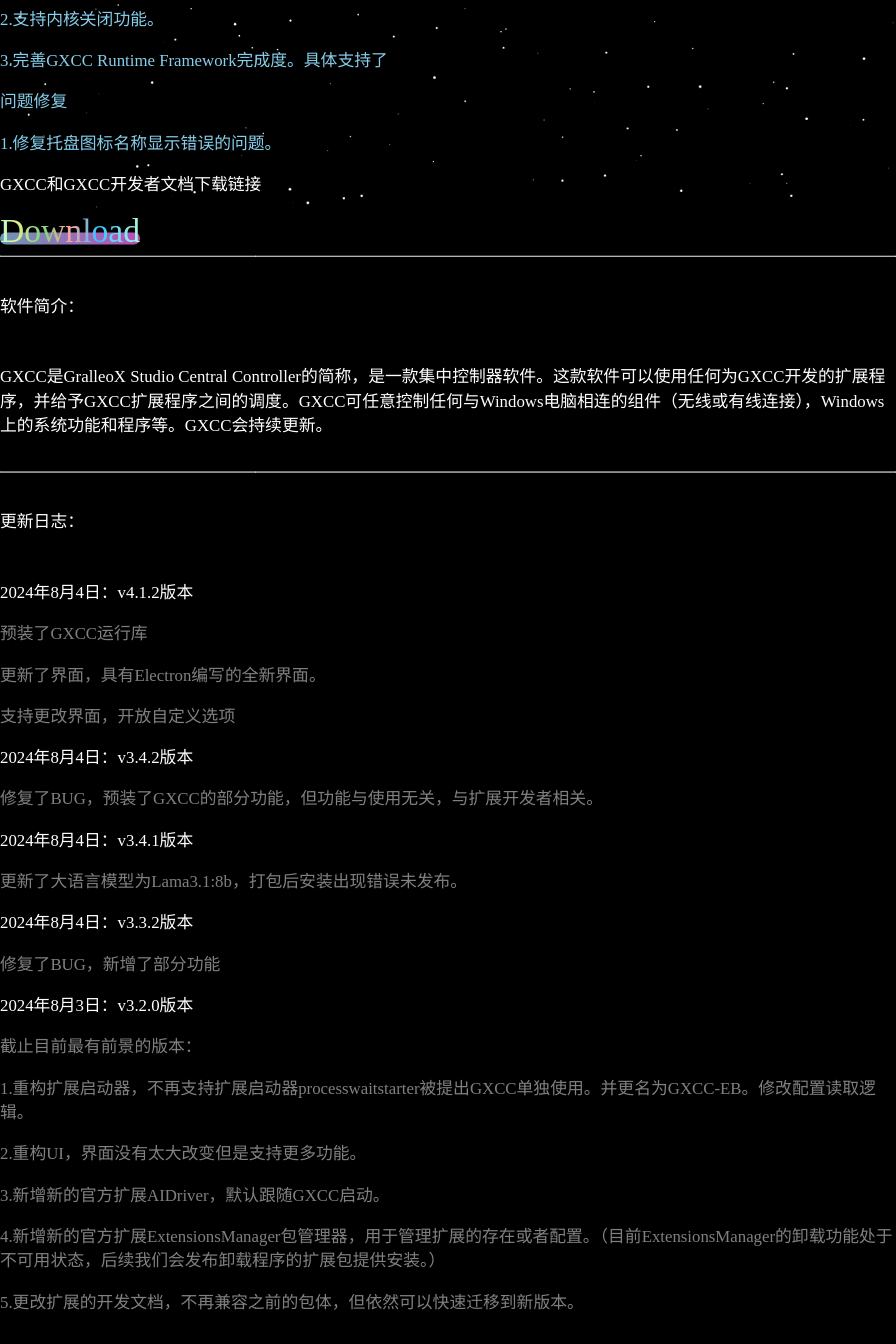
Repository: Lisu-Liso/GXCC
Page: index.html
The author's editor kept a copy of each file at every save. The page is drawn from the files as they stood at one save, then again after a run of saves.
The browser window is 1280 px wide. The pictures show the part of the page from y = 423 to 2343 px (the page is 4361 px tall before and 4420 px after), at 70% of full size.

Above is the page before, as saved 2024-10-05 21:22:11.

### index.html
<!DOCTYPE html>
<html lang="zh">
    <head>
        <meta http-equiv="Content-Type" content="text/html;charset=utf-8">
        <title>GXCC - GralleoX Studio</title>
        <link rel="stylesheet" type="text/css" href="./header.css">
        <link rel="shortcut icon" href="./GralleoX logo v2 web.ico">
        <style>
            body{
                overflow        : scroll;
                background-color: black;
                top             : 0;
                bottom          : 0;
                left            : 0;
                right           : 0;
                margin-top      : 100px;
                margin-bottom   : 0;
                margin-left     : 0;
                margin-right    : 0;
                user-select     : none;
            }
            ::-webkit-scrollbar{display: none;}
            .getin_screen{
                position        : fixed;
                top             : 0;
                bottom          : 0;
                left            : 0;
                right           : 0;
                background-color: rgba(0,0,0,0);
                color           : rgba(0,0,0,0);
                animation       : getinanimation 4s ease-in-out;
                text-align      : center;
                display         : table-cell;
            }
            @keyframes getinanimation{
                0% {
                    background-color       : rgba(255,255,255,1);
                    color                  : black;
                    backdrop-filter        : blur(15px);
                    -webkit-backdrop-filter: blur(15px);
                }
                40% {
                    background-color       : rgba(255,255,255,0.5);
                    color                  : black;
                    backdrop-filter        : blur(15px);
                    -webkit-backdrop-filter: blur(15px);
                }
                70% {
                    background-color       : rgba(255,255,255,0.5);
                    color                  : black;
                    backdrop-filter        : blur(15px);
                    -webkit-backdrop-filter: blur(15px);
                }
                100% {
                    background-color       : rgba(0,0,0,0);
                    color                  : rgba(0,0,0,0);
                    backdrop-filter        : blur(0px);
                    -webkit-backdrop-filter: blur(0px);
                }
            }
            .download_block{
                position               : fixed;
                top                    : 100px;
                left                   : 100px;
                right                  : 100px;
                bottom                 : 100px;
                margin-top             : 10px;
                margin-left            : 10px;
                margin-right           : 10px;
                margin-bottom          : 10px;
                background-color       : rgba(255,255,255,0.5);
                backdrop-filter        : blur(15px);
                -webkit-backdrop-filter: blur(15px);
                border-radius          : 100px;
                box-shadow             : 0 20px 50px rgba(0,0,0,0.2);
            }
            @keyframes blockout{
                0% {
                    background-color       : rgba(255,255,255,0);
                    backdrop-filter        : blur(0px);
                    -webkit-backdrop-filter: blur(0px);
                    box-shadow             : 0 20px 50px rgba(0,0,0,0);
                    opacity                : 0;
                }
                100% {
                    background-color       : rgba(255,255,255,0.5);
                    backdrop-filter        : blur(15px);
                    -webkit-backdrop-filter: blur(15px);
                    box-shadow             : 0 20px 50px rgba(0,0,0,0.2);
                    opacity                : 1;
                }
            }
            @keyframes blockquite{
                0% {
                    background-color       : rgba(255,255,255,0.5);
                    backdrop-filter        : blur(15px);
                    -webkit-backdrop-filter: blur(15px);
                    box-shadow             : 0 20px 50px rgba(0,0,0,0.2);
                    opacity                : 1;
                }
                100% {
                    background-color       : rgba(255,255,255,0);
                    backdrop-filter        : blur(0px);
                    -webkit-backdrop-filter: blur(0px);
                    box-shadow             : 0 20px 50px rgba(0,0,0,0);
                    opacity                : 0;
                }
            }
            .header-float{
                position: fixed;
                top     : 0;
                left    : 0;
                right   : 0;
                width   : 100%;
            }
            .black_board{
                position               : fixed;
                top                    : 80px;
                left                   : 0;
                right                  : 0;
                bottom                 : 0;
                margin-top             : 0;
                margin-left            : 0;
                margin-right           : 0;
                margin-bottom          : 0;
                backdrop-filter        : blur(15px);
                -webkit-backdrop-filter: blur(15px);
                background-color       : rgba(0,0,0,0.3);
            }
            @keyframes boardout{
                0% {
                    backdrop-filter        : blur(0px);
                    -webkit-backdrop-filter: blur(0px);
                    background-color       : rgba(0,0,0,0);
                }
                100% {
                    backdrop-filter        : blur(15px);
                    -webkit-backdrop-filter: blur(15px);
                    background-color       : rgba(0,0,0,0.3);
                }
            }
            @keyframes boardquite{
                0% {
                    backdrop-filter        : blur(15px);
                    -webkit-backdrop-filter: blur(15px);
                    background-color       : rgba(0,0,0,0.3);
                }
                100% {
                    backdrop-filter        : blur(0px);
                    -webkit-backdrop-filter: blur(0px);
                    background-color       : rgba(0,0,0,0);
                }
            }
            .newbutton{
                background   : linear-gradient(75deg,rgba(145, 202, 240, 0.75),rgba(248, 102, 248, 0.75));
                border-radius: 20px;
                text-align   : center;
                cursor       : pointer;
            }
            :root {
                --rainbow-gradient: linear-gradient(-90deg,#adfbda 0,#35c3ff 30%,#fda399 50%,#76d880 70%,#ebf38b 90%,#adfbda 100%);
            }
            .article-header--title {
                background-image       : var(--rainbow-gradient,#fff);
                background-size        : 100%;
                background-repeat      : repeat;
                background-clip        : text;
                -webkit-background-clip: text;
                -webkit-text-fill-color: transparent;
                -moz-background-clip   : text;
                -moz-text-fill-color   : transparent;
                filter                 : drop-shadow(0 0 2rpx #000);
                text-shadow            : none!important;
                cursor                 : pointer;
            }
            a{
                text-decoration: none;
            }
            font{
                cursor : default;
            }
            .backgroundimage{
                position: fixed;
                top     : 0;
                left    : 0;
                right   : 0;
                width   : 100%;
                height  : 100%;
                z-index: -1;
            }
            .normaltext{
                font-size: 18pt;
                color: white;
            }
            .smallnormaltext{
                font-size: 12pt;
                color: white;
            }
        </style>
    </head>
    <body>
        <canvas id="bgCanvas" class="backgroundimage"></canvas>
        <script>
            // 获取画布
            var canvas = document.getElementById('bgCanvas');
            var ctx = canvas.getContext('2d');

            // 设置画布尺寸与窗口大小一致
            canvas.width = window.innerWidth;
            canvas.height = window.innerHeight;

            // 创建一个数组用于存储星星的信息
            var stars = [];

            // 创建星星对象
            function Star(x, y, radius, color, speed) {
                this.x = x;
                this.y = y;
                this.radius = radius;
                this.color = color;
                this.speed = speed;
            }

            // 初始化星星
            function init() {
                for (var i = 0; i < 200; i++) {
                    var x = Math.random() * canvas.width;
                    var y = Math.random() * canvas.height;
                    var radius = Math.random() * 2;
                    var color = 'white';
                    var speed = Math.random() * 0.5;

                    stars.push(new Star(x, y, radius, color, speed));
                }
            }

            // 绘制星星
            function drawStars() {
                ctx.clearRect(0, 0, canvas.width, canvas.height);

                for (var i = 0; i < stars.length; i++) {
                    var star = stars[i];

                    ctx.beginPath();
                    ctx.arc(star.x, star.y, star.radius, 0, Math.PI * 2);
                    ctx.fillStyle = star.color;
                    ctx.fill();
                }
            }

            // 更新星星位置
            function updateStars() {
                for (var i = 0; i < stars.length; i++) {
                    var star = stars[i];

                    star.x += star.speed;

                    if (star.x > canvas.width) {
                        star.x = 0;
                    }
                }
            }

            // 动画循环
            function animate() {
                requestAnimationFrame(animate);

                drawStars();
                updateStars();
            }

            // 初始化并启动动画
            init();
            animate();
        </script>
        <div style="text-align:center;top:0;left:0;right:0;"><font size="7"color="white">这里是GXCC中文官网！</font></div>
        <p class="normaltext" style="color: orange;">通知：开发者目前需要上学，开发进度受阻，更新频率和修复BUG频率均会降低</p>
        <p class="normaltext" style="color: skyblue;">GXCCv4.4.2版本前瞻：</p>
        <p class="normaltext" style="color: skyblue;">新功能</p>
        <p class="normaltext" style="color: skyblue;">1.内置GXPass密码保存模块，备份模块，更新模块。</p>
        <p class="normaltext" style="color: skyblue;">2.支持内核关闭功能。</p>
        <p class="normaltext" style="color: skyblue;">3.完善GXCC Runtime Framework完成度。具体支持了</p>
        <p class="normaltext" style="color: skyblue;">问题修复</p>
        <p class="normaltext" style="color: skyblue;">1.修复托盘图标名称显示错误的问题。</p>
        <p class="normaltext">GXCC和GXCC开发者文档下载链接</p>
        <a class="newbutton" onclick="join_us()"><font class="article-header--title" size="7">Download</font></a>
        <div class="black_board" id="bb"></div>
        <div class="download_block" id="download_block">
            <div style="text-align: center">
                <a class="newbutton" onclick="close_download_block()"><font class="article-header--title" size="7">点击关闭此框</font></a>
            </div>
            <div style="margin-left: 1cm;">
                <font size="7" color="black">这里是下载链接</font>
                <br>
                <font class="normaltext" style="color:red;">如果杀毒软件报告有病毒请忽略，此软件已经经过Microsoft Defender检测，360纯属误报。</font>
                <br>
                <font class="smallnormaltext" style="color: #76d880;">软件声明：您对AI说过的一切内容由你本地的计算机进行计算和处理，无需上传网络，请放心共享您的信息。出于运行需要，你对AI分享的信息会被作为日志保存在AIDriver扩展的文件夹中的日志文件中，如果你需要清除这些信息，请不要删除这些文件。请打开文件并写入‘1’作为占位，否则会影响AIDriver的正常运行。</font>
                <br>
                <a class="normaltext newbutton" href="https://github.com/Lisu-Liso/GXCC/releases">Link</a>
            </div>
        </div>
        <hr/>
        <br>
        <p class="normaltext">软件简介：</p>
        <br>
        <p class="normaltext">GXCC是GralleoX Studio Central Controller的简称，是一款集中控制器软件。这款软件可以使用任何为GXCC开发的扩展程序，并给予GXCC扩展程序之间的调度。GXCC可任意控制任何与Windows电脑相连的组件（无线或有线连接），Windows上的系统功能和程序等。GXCC会持续更新。</p>
        <br>
        <hr/>
        <br>
        <p class="normaltext">更新日志：</p>
        <br>
        <p class="normaltext">2024年8月4日：v4.1.2版本</p>
        <p class="normaltext" style="color: grey;">预装了GXCC运行库</p>
        <p class="normaltext" style="color: grey;">更新了界面，具有Electron编写的全新界面。</p>
        <p class="normaltext" style="color: grey;">支持更改界面，开放自定义选项</p>
        <p class="normaltext" style="color: grey;"></p>
        <p class="normaltext">2024年8月4日：v3.4.2版本</p>
        <p class="normaltext" style="color: grey;">修复了BUG，预装了GXCC的部分功能，但功能与使用无关，与扩展开发者相关。</p>
        <p class="normaltext">2024年8月4日：v3.4.1版本</p>
        <p class="normaltext" style="color: grey;">更新了大语言模型为Lama3.1:8b，打包后安装出现错误未发布。</p>
        <p class="normaltext">2024年8月4日：v3.3.2版本</p>
        <p class="normaltext" style="color: grey;">修复了BUG，新增了部分功能</p>
        <p class="normaltext">2024年8月3日：v3.2.0版本</p>
        <p class="normaltext" style="color: grey;">截止目前最有前景的版本：</p>
        <p class="normaltext" style="color: grey;">1.重构扩展启动器，不再支持扩展启动器processwaitstarter被提出GXCC单独使用。并更名为GXCC-EB。修改配置读取逻辑。</p>
        <p class="normaltext" style="color: grey;">2.重构UI，界面没有太大改变但是支持更多功能。</p>
        <p class="normaltext" style="color: grey;">3.新增新的官方扩展AIDriver，默认跟随GXCC启动。</p>
        <p class="normaltext" style="color: grey;">4.新增新的官方扩展ExtensionsManager包管理器，用于管理扩展的存在或者配置。（目前ExtensionsManager的卸载功能处于不可用状态，后续我们会发布卸载程序的扩展包提供安装。）</p>
        <p class="normaltext" style="color: grey;">5.更改扩展的开发文档，不再兼容之前的包体，但依然可以快速迁移到新版本。</p>
        <br>
        <p class="normaltext">2024年?月?日：v2.1.0版本</p>
        <p class="normaltext" style="color: grey;">该版本由于BUG极多并未发布，但是功能如下：</p>
        <p class="normaltext" style="color: grey;">1.修改了扩展启动器逻辑</p>
        <p class="normaltext" style="color: grey;">2.更新了扩展包包体结构</p>
        <p class="normaltext" style="color: grey;">3.弃用了v1.0.0版本中的对Extensions分类的名字</p>
        <p class="normaltext" style="color: grey;">3.分离内核与UI代码，扩大了UI程序的可扩展性。</p>
        <br>
        <p class="normaltext">2024年3月17日：v1.0.0版本</p>
        <p class="normaltext" style="color: grey;">能够使用最基本的Listenner和Runner扩展程序，支持Extend Extensions。</p>
        <hr>
        <p class="normaltext">使用的开发工具和依赖：</p>
        <p class="normaltext" style="color:orange;">GXCC：（部分行存在链接）</p>
        <p class="normaltext" style="color:grey;">Qt Creator 4.11.1 x64</p>
        <p class="normaltext" style="color:grey;">Electron v31.4.0</p>
        <p class="normaltext" style="color:orange;">GXCC_Core：（部分行存在链接）</p>
        <p class="normaltext" style="color:grey;">Qt Creator 4.11.1 x64</p>
        <a href="https://github.com/nlohmann/json"><p class="normaltext" style="color:grey;">nlohmann/json.hpp</p></a>
        <p class="normaltext" style="color:orange;">GXCC-EB：（部分行存在链接）</p>
        <p class="normaltext" style="color:grey;">Qt Creator 4.11.1 x64</p>
        <a href="https://github.com/nlohmann/json"><p class="normaltext" style="color:grey;">nlohmann/json.hpp</p></a>
        <p class="normaltext" style="color:orange;">ExtensionInstaller：（部分行存在链接）</p>
        <p class="normaltext" style="color:grey;">TDM-GCC-64 10.3.0</p>
        <a href="https://github.com/nlohmann/json"><p class="normaltext" style="color:grey;">nlohmann/json.hpp</p></a>
        <p class="normaltext" style="color:orange;">test扩展-监听器示例：</p>
        <p class="normaltext" style="color:grey;">TDM-GCC-64 10.3.0</p>
        <p class="normaltext" style="color:orange;">test2扩展-执行器示例：</p>
        <p class="normaltext" style="color:grey;">TDM-GCC-64 10.3.0</p>
        <p class="normaltext" style="color:orange;">ExtensionsManager：（部分行存在链接）</p>
        <p class="normaltext" style="color:grey;">Qt Creator 4.11.1 x64</p>
        <a href="https://github.com/nlohmann/json"><p class="normaltext" style="color:grey;">nlohmann/json.hpp</p></a>
        <p class="normaltext" style="color: brown;">ExtensionInstaller</p>
        <p class="normaltext" style="color: brown;">ExtensionUninstaller（未完成开发）</p>
        <p class="normaltext" style="color:orange;">AIDriver（GXCC3特色官方扩展）：（部分行存在链接）</p>
        <p class="normaltext" style="color:grey;">TDM-GCC-64 10.3.0</p>
        <p class="normaltext" style="color:grey;">Python 3.12 x64</p>
        <p class="normaltext" style="color:grey;">TDM-GCC-64 10.3.0</p>
        <p class="normaltext" style="color:grey;">Python 3.12 x64</p>

        <div class="headerblock">
            <div class="centertext"><font size="6">GralleoX Studio</font></div>
            <div class="lefttext"><font size="6">Spwaiter</font></div>
            <div class="righttext"><font size="6">2024</font></div>
        </div>
        <div class="getin_screen" id="getin">
            <font size="7" id="getintext">网站正在加载，请稍后...</font>
        </div>
    </body>
    <script type="text/javascript">
        let t = document.getElementById("download_block");
        t.style.display = "none";

        t = document.getElementById("bb");
        t.style.display = "none";
    </script>
    <script type="text/javascript">
        setTimeout(function(){
            let t = document.getElementById("getintext");
            t.innerHTML = "网站加载完毕，即将进入网站。";
            setTimeout(function(){
                let t = document.getElementById("getin");
                t.style.display = "none";
            },2000);
        },2000);
        function join_us(){
            let t = document.getElementById("download_block");
            t.style.display = "block";
            t.style.animation = "blockout 0.5s ease-in-out";

            t = document.getElementById("bb");
            t.style.display = "block";
            t.style.animation = "boardout 0.5s ease-in-out";
        }
        function close_download_block(){
            let t = document.getElementById("download_block");
            t.style.animation = "blockquite 0.5s ease-in-out";

            t = document.getElementById("bb");
            t.style.animation = "boardquite 0.5s ease-in-out";
            setTimeout(function(){
                let t = document.getElementById("download_block");
                t.style.display = "none";

                t = document.getElementById("bb");
                t.style.display = "none";
            },500);
        }
    </script>
</html>

### header.css
.headerblock{
    position               : fixed;
    top                    : 0px;
    left                   : 0px;
    right                  : 0px;
    margin-top             : 0px;
    margin-left            : 0px;
    margin-right           : 0px;
    width                  : 100%;
    height                 : 80px;
    background-color       : rgba(255,255,255,0.5);
    backdrop-filter        : blur(10px);
    -webkit-backdrop-filter: blur(10px);
    box-shadow             : 0 20px 50px rgba(0,0,0,0.2);
    align-items            : center;
}
.centertext{
    position    : fixed;
    top         : 0;
    left        : 0;
    right       : 0;
    margin-top  : 20px;
    margin-left : 20px;
    margin-right: 20px;
    text-align  : center;
    filter      : drop-shadow(0 0 2rem #000);
    text-shadow : none!important;
    color       : black;
}
.lefttext{
    position    : fixed;
    top         : 0;
    left        : 0;
    right       : 0;
    margin-top  : 20px;
    margin-left : 20px;
    margin-right: 20px;
    text-align  : left;
    filter      : drop-shadow(0 0 2rem #000);
    text-shadow : none!important;
    color       : black;
}
.righttext{
    position    : fixed;
    top         : 0;
    left        : 0;
    right       : 0;
    margin-top  : 20px;
    margin-left : 20px;
    margin-right: 20px;
    text-align  : right;
    filter      : drop-shadow(0 0 2rem #000);
    text-shadow : none!important;
    color       : black;
}

After the next 2 saves:
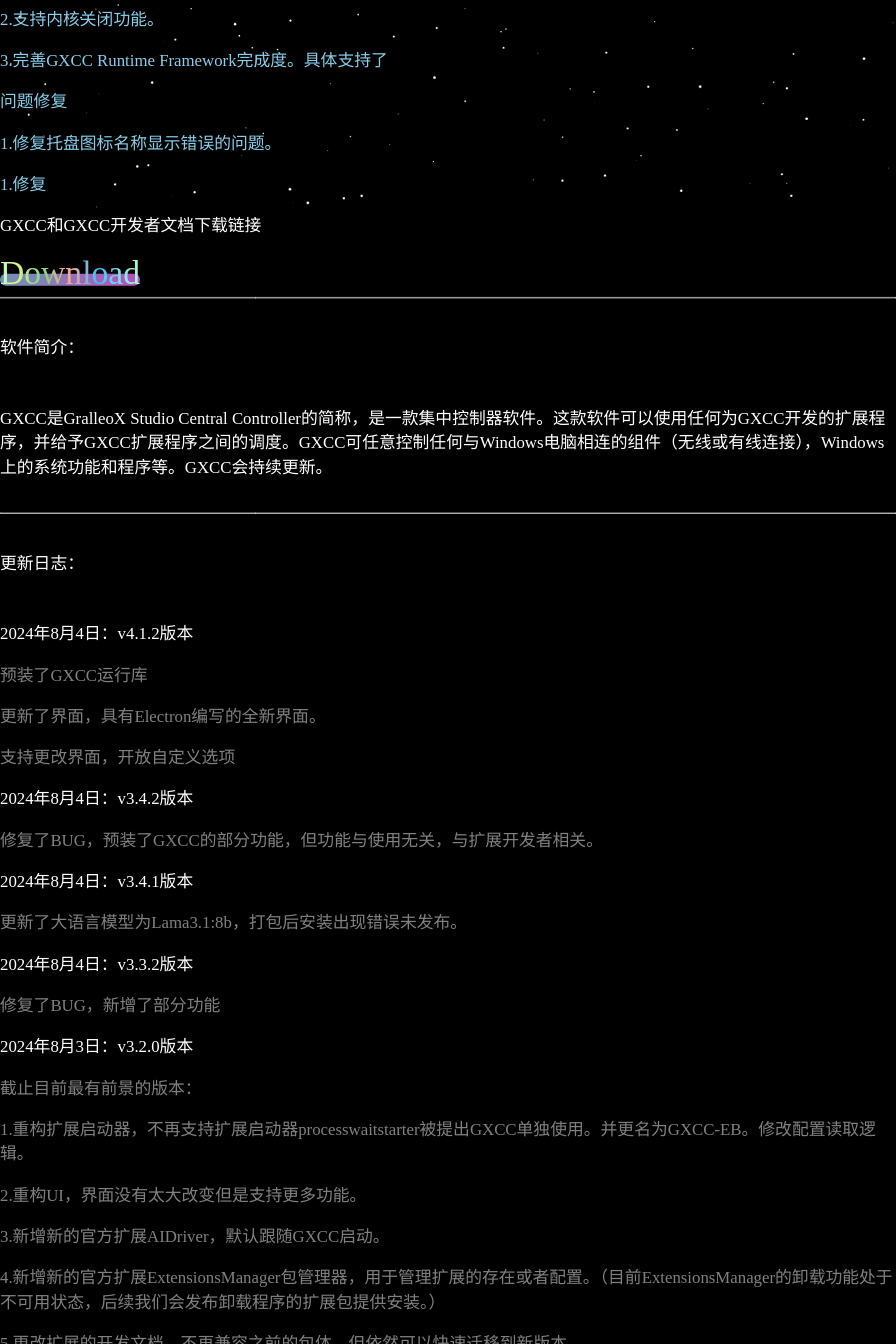
The 2 saves are shown as one change because they came seconds apart.
The last was saved 28 s later.
--- a/index.html
+++ b/index.html
@@ -282,6 +282,7 @@
         <p class="normaltext" style="color: skyblue;">3.完善GXCC Runtime Framework完成度。具体支持了</p>
         <p class="normaltext" style="color: skyblue;">问题修复</p>
         <p class="normaltext" style="color: skyblue;">1.修复托盘图标名称显示错误的问题。</p>
+        <p class="normaltext" style="color: skyblue;">1.修复</p>
         <p class="normaltext">GXCC和GXCC开发者文档下载链接</p>
         <a class="newbutton" onclick="join_us()"><font class="article-header--title" size="7">Download</font></a>
         <div class="black_board" id="bb"></div>
